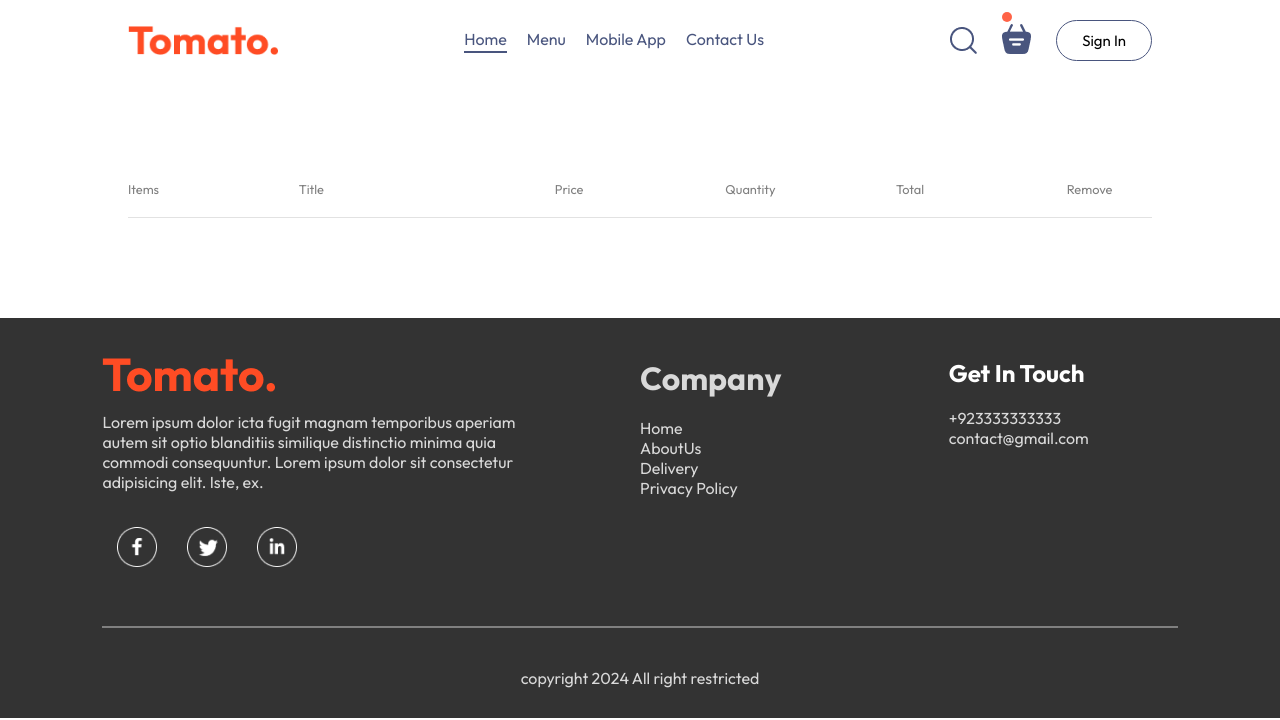
Repository: Attar786/Food-ordering-app
Page: /cart (app in frontend/)
An editor plug-in stored every save of this project. The page is shown before and after the next save, followed by the edit.
The browser window is 1280 px wide. The pictures show the whole page.
The project was rebuilt for these pictures with package versions that can differ from the ones it lists, and the page was loaded fresh each time. Also part of the build but not shown: frontend/vite.config.js, frontend/src/components/Header/Header.css, frontend/src/components/Header/Header.jsx, frontend/src/components/ExploreMenu/ExploreMenu.css, frontend/src/components/ExploreMenu/ExploreMenu.jsx, frontend/src/components/FoodDisplay/FoodDisplay.css, frontend/src/components/FoodItem/FoodItem.css, frontend/src/components/FoodItem/FoodItem.jsx and 8 more.

Above is the page before, as saved 2024-07-30 15:19:33.

### frontend/src/main.jsx
import ReactDOM from 'react-dom/client'
import App from './App.jsx'
import './index.css'
import {BrowserRouter} from 'react-router-dom'
import StoreContextProvider from './context/StoreContext.jsx'
ReactDOM.createRoot(document.getElementById('root')).render(
<BrowserRouter>

<StoreContextProvider>
<App />
</StoreContextProvider>

    </BrowserRouter>
)

### frontend/src/App.jsx
import './index.css'
import Navbar from "./components/Navbar/Navbar"
import Home from './pages/Home/Home'
import Cart from './pages/Cart/Cart'
import PlaceOrder from './pages/PlaceOrder/PlaceOrder'
import { Route, Routes } from 'react-router-dom'
import Footer from './components/Footer/Footer'

import LoginPopup from './components/LoginPopup/LoginPopup'
import { useState } from 'react'
function App() {
  const [showLogin, setShowLogin] = useState(false);

  return (
    <>
  {showLogin?<LoginPopup setShowLogin={setShowLogin}/>:<></>}
  <div className='app'>
  <Navbar setShowLogin = {setShowLogin} />
<Routes>
<Route path='/' element={<Home/>}/>
<Route path='/cart' element={<Cart/>}/>
<Route path='/order' element={<PlaceOrder/>}/>
</Routes>
  </div>
  <Footer/>
    </>
  )
}

export default App

### frontend/src/index.css
@import url('https://fonts.googleapis.com/css2?family=Outfit:wght@100..900&display=swap');


*{
margin: 0;
padding: 0;
 box-sizing: border-box;
 font-family: outfit;
 scroll-behavior: smooth;
}
body{
height: 100vh;
}
a{
text-decoration: none;
color : inherit;
}
.app{
    width: 80%;
    margin: auto;
}
@keyframes fadeIn{
    0%{
        opacity: 0;
    }
    100%{
        opacity: 1;
    }
}

### frontend/src/context/StoreContext.jsx
import './StoreContext.css';
import { createContext, useEffect, useState } from 'react';
import { food_list } from '../assets/assets'; // Ensure this path is correct and food_list is correctly exported

export const StoreContext = createContext(null);

const StoreContextProvider = (props) => {
  const [cartItems, setCartItems] = useState({});

  const addToCart = (itemId) => {
    if (!cartItems[itemId]) {
      setCartItems((prev) => ({ ...prev, [itemId]: 1 }));
    } else {
      setCartItems((prev) => ({ ...prev, [itemId]: prev[itemId] + 1 }));
    }
  };

  const removeFromCart = (itemId) => {
    setCartItems((prev) => {
      const newCount = prev[itemId] - 1;
      if (newCount <= 0) {
        const { [itemId]: _, ...rest } = prev;
        return rest;
      } else {
        return { ...prev, [itemId]: newCount };
      }
    });
  };

  useEffect(() => {
    console.log(cartItems);
  }, [cartItems]);

  const contextValue = {
    food_list,
    cartItems,
    setCartItems,
    addToCart,
    removeFromCart,
  };

  return (
    <StoreContext.Provider value={contextValue}>
      {props.children}
    </StoreContext.Provider>
  );
};

export default StoreContextProvider;

### frontend/src/components/Navbar/Navbar.jsx
import { useState } from 'react';
import './Navbar.css';
import { assets } from '../../assets/assets';
import { Link } from 'react-router-dom'
const Navbar = ({setShowLogin}) => {
  const [menu, setMenu] = useState("home");

  const handleMenuClick = (menuItem) => {
    setMenu(menuItem);
  };

  return (
    <div className="navbar">
      <img src={assets.logo} alt="Logo" className="logo" />
      <ul className="navbar-menu">
        <Link to='/' onClick={() => handleMenuClick("home")} className={menu === "home" ? "active" : ""}>Home</Link>
        <a href='#explore-menu' onClick={() => handleMenuClick("menu")} className={menu === "menu" ? "active" : ""}>Menu</a>
        <a href='#app-download' onClick={() => handleMenuClick("mobile-app")} className={menu === "mobile-app" ? "active" : ""}>Mobile App</a>
        <a href='#footer' onClick={() => handleMenuClick("contact-us")} className={menu === "contact-us" ? "active" : ""}>Contact Us</a>
      </ul>
      <div className="navbar-right">
        <img src={assets.search_icon} alt="search-icon" />
        <div>
         <Link to='/cart'> <img src={assets.basket_icon} alt="icons" /></Link>
          <div className="dot"></div>
        </div>
        <button onClick={()=>setShowLogin(true)} >Sign In</button>
      </div>
    </div>
  );
}

export default Navbar;

### frontend/src/pages/Cart/Cart.jsx
 import { useContext } from 'react'
import './Cart.css'
import { StoreContext } from '../../context/StoreContext'
const Cart = () => {
  const {cartItems,food_list,removeFromCart} = useContext(StoreContext);
  return (
    <div className='Cart'>
      <div className="cart-items">
        <div className=" cart-items-title">
          <p>Items</p>
          <p>Title</p>
          <p>Price</p>
          <p>Quantity</p>
          <p>Total</p>
          <p>Remove</p>
        </div>
        <br />
        <hr />
        {
          food_list.map((item,index)=>
          {
            if(cartItems[item._id]){
              return (
                <>
                <div key={index} className="cart-items-title cart-item-item">
                  <img src={item.image} alt="" />
                  <p>{item.name}</p>
                  <p>Pkr={item.price}</p>
                  <p>{cartItems[item._id]}</p>
                  <p>{item.price*cartItems[item._id]}</p>
                  <p onClick={()=>removeFromCart(item._id)} className='cross'>X</p>
                </div>
                <hr />
                </>
              )
            }
          }

          )
        }
      </div>
       </div>
  )
}

export default Cart

### frontend/src/components/Footer/Footer.jsx
import "./Footer.css"
import { assets } from "../../assets/assets"
const Footer = () => {
  return (
    <div className="footer" id="footer">
<div className="footer-content">
    <div className="footer-content-left">
        <img src={assets.logo} alt="fsf" />
    <p>  Lorem ipsum dolor icta fugit magnam temporibus aperiam autem sit optio blanditiis similique distinctio minima quia commodi consequuntur. Lorem ipsum dolor sit consectetur adipisicing elit. Iste, ex.</p>
    <div className="footer-social-icons">
        <img src={assets.facebook_icon} alt="" />
        <img src={assets.twitter_icon} alt="" />
        <img src={assets.linkedin_icon} alt="" />
    </div>

    </div>
    <div className="footer-content-center">
    <h1>Company</h1>
        <ul>
        <li>Home</li>
        <li>AboutUs</li>
        <li>Delivery</li>
        <li>Privacy Policy</li>
        </ul>
    </div>
    <div className="footer-content-right">
        <h2>Get In Touch</h2>
        <ul>
            <li>
                +923333333333
            </li>
            <li>
                contact@gmail.com
            </li>
        </ul>
    </div>
</div>
<hr/>
<p className="footer-copyright">
copyright 2024 All right restricted
</p>

    </div>
  )
}

export default Footer

### frontend/src/components/Navbar/Navbar.css
.navbar{
    padding: 20px 0;
    display: flex;
    justify-content: space-between;
    align-items: center;
}
.navbar .logo{
    width: 150px;
}
.navbar-menu{
    display: flex;
    list-style: none;
    gap: 20px;
    font: 18px;
    color: #49557e;
    cursor: pointer;
}
.navbar-right{
    display: flex;
    align-items: center;
    gap: 25px;

}
.navbar button{
    font-size: 15px;
    border: 1px solid #49557e;
    background: transparent;
    padding: 10px 25px;
    cursor: pointer;
    border-radius: 40px;
    transition: 0.3s;
}
.navbar button:hover{
    background-color: #fff4f2;
}
.navbar .navbar-menu .active{
    padding-bottom: 2px;
    border-bottom: 2px solid #49557e;

}
.search-icon{
    position: relative;
}
/* .search-icon .dot{ */
    /* position: absolute;
    top: -5px;
    right: -5px;
    width: 10px;
    height: 10px;
    background-color: blue;
    border-radius: 50%;
} */
.dot {
    position: absolute;
    top: 12px; /* Adjust as needed */
    right: 268px; /* Adjust as needed */
    width: 10px;
    height: 10px;
    background-color: tomato;
    border-radius: 50%;}
    @media (max-width: 1050px)
    {
        .navbar .logo{
            width: 140px;
        }
        .navbar-menu{
            gap: 20px;
            font-size: 17px;
        }
        .nav-right {
            gap: 30px;
        };
        .navbar-right img{
            width: 22px;
        }
        .navbar-right button{
            padding: 8px 25px;
        };

    }

    @media (max-width: 900px)
    {
        .navbar .logo{
            width: 100px;
        }
        .navbar-menu{
            gap: 10px;
            font-size: 16px;
        }
        .Nav-right {
            gap: 20px;
        }
        .navbar-right img{
            width: 17px;

        }
        .navbar-right button{
            padding: 7px 15px;
            font-size: 10px;
        }
    }

    @media (max-width: 750px)
    {

        .navbar-menu{
            display: none;;
        }
    }

### frontend/src/pages/Cart/Cart.css
.Cart{
    margin-top: 100px;;
}
.cart-items-title{
    display: grid;
    grid-template-columns:  1fr 1.5fr 1fr 1fr 1fr 0.5fr;
    align-items: center;
    color: gray;
    font-size: max(1vw, 12px);
}
.cart-item-item{
    margin: 10px;
    color:black;
}
.cart-item-item img{
    width: 50px;
    /* border-radius: px; */
    border: 1px solid black;
}
.Cart hr{
    height: 1px;
    background-color: #e2e2e2;
    border: none;
}
.cross{
    cursor: pointer;;
}

### frontend/src/components/Footer/Footer.css
.footer {
    color: #d9d9d9;
    background-color: hsl(0, 0%, 20%);
    display: flex;
    flex-direction: column;
    align-items: center;
    gap: 20px;
    padding: 30px 8vw; /* Fixed padding syntax */
    padding-top: 40px;
    margin-top: 100px;
}

.footer-content {
    width: 100%;
    display: grid;
    grid-template-columns: 2fr 1fr 1fr;
    gap: 80px;
}

.footer-content-left, .footer-content-center, .footer-content-right {
    display: flex;
    flex-direction: column;
    align-items: start;
    gap: 20px;
}

.footer-content-left li, .footer-content-center li, .footer-content-right li {
    list-style: none;
    cursor: pointer;
}
.footer-content-center h2, .footer-content-right h2 {
    color: white;
}
.footer-social-icons img {
width: 40px;
margin: 15px;
}
.footer-social-icons img:hover {
    width: 40px;
    margin: 15px;
    }
.footer hr{
    width: 100%;
    height: 2px;
    margin: 20px 0;
    background-color : gray;
    border: none;
}
@media (max-width: 1050px) {
    .footer-content{
        display: flex;
        flex-direction:column;
        gap: 35px;
    }
    .footer-copyright{
        text-align: center;
}
}

Loaded but not shown: frontend/index.html (common file); frontend/src/assets/assets.js (350 lines, source omitted); frontend/src/context/StoreContext.css (no stored copy; drawn as an empty file); frontend/src/pages/Home/Home.css (no stored copy; drawn as an empty file)

After the next save:
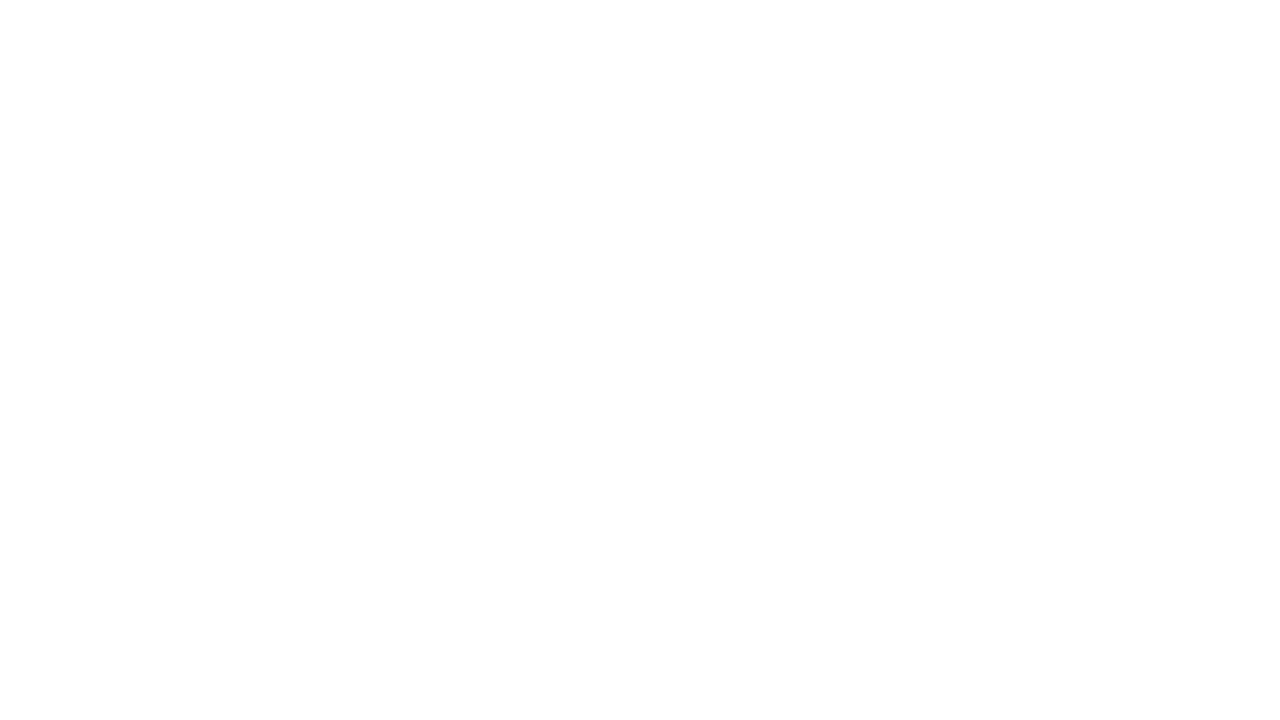
Console error (its wording comes from the project's code and is left out).
Saved 46 s later.
--- a/frontend/src/components/Navbar/Navbar.jsx
+++ b/frontend/src/components/Navbar/Navbar.jsx
@@ -11,7 +11,7 @@
 
   return (
     <div className="navbar">
-      <img src={assets.logo} alt="Logo" className="logo" />
+    <link to='/'> <img src={assets.logo} alt="Logo" className="logo" /></link>
       <ul className="navbar-menu">
         <Link to='/' onClick={() => handleMenuClick("home")} className={menu === "home" ? "active" : ""}>Home</Link>
         <a href='#explore-menu' onClick={() => handleMenuClick("menu")} className={menu === "menu" ? "active" : ""}>Menu</a>

After the save that followed:
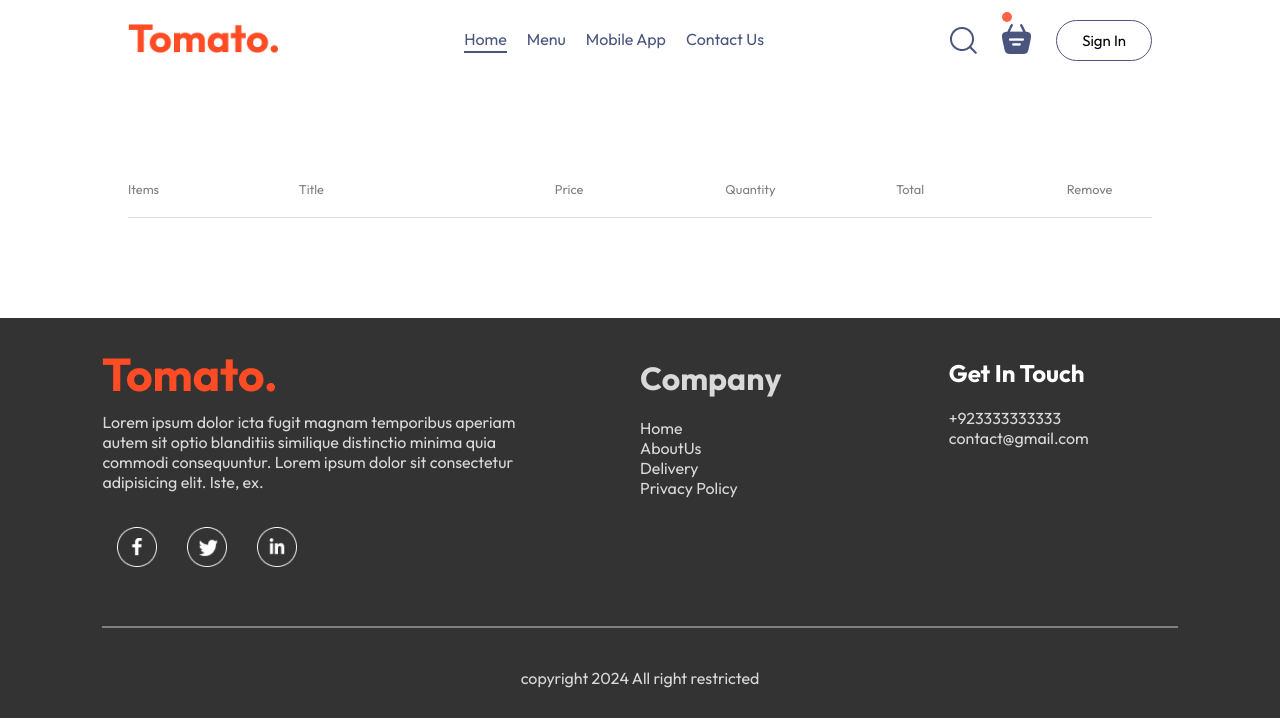
The error is gone.
Saved 13 s later.
--- a/frontend/src/components/Navbar/Navbar.jsx
+++ b/frontend/src/components/Navbar/Navbar.jsx
@@ -11,7 +11,7 @@
 
   return (
     <div className="navbar">
-    <link to='/'> <img src={assets.logo} alt="Logo" className="logo" /></link>
+    <Link to='/'> <img src={assets.logo} alt="Logo" className="logo" /></Link>
       <ul className="navbar-menu">
         <Link to='/' onClick={() => handleMenuClick("home")} className={menu === "home" ? "active" : ""}>Home</Link>
         <a href='#explore-menu' onClick={() => handleMenuClick("menu")} className={menu === "menu" ? "active" : ""}>Menu</a>
